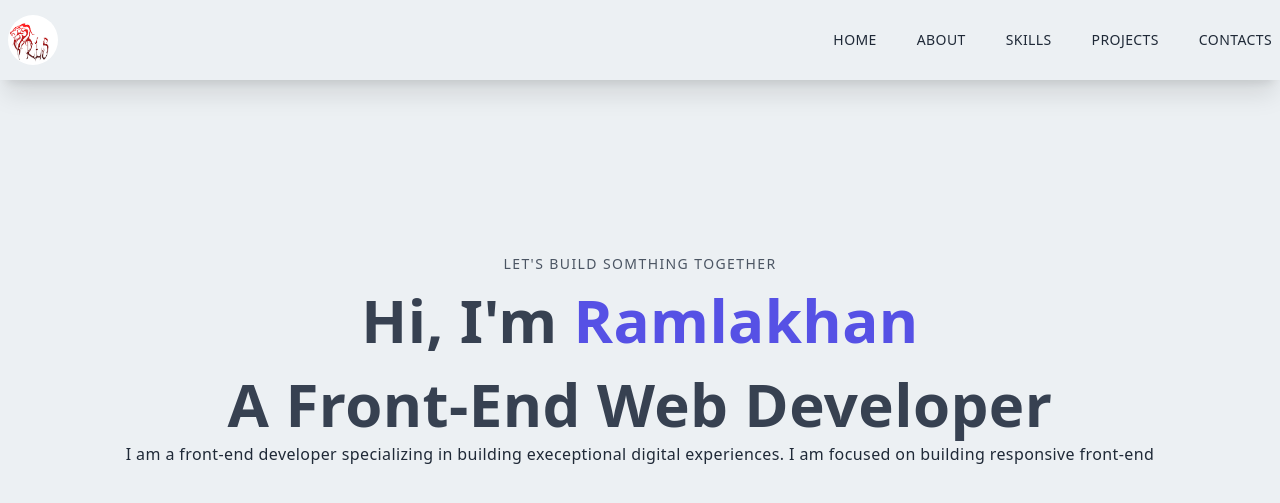
Repository: ram2642/portfolio-using-next-js
Page: /
These files come from the project's save history. The page is drawn as it stood at one moment and after a run of saves; the edit follows.
The browser window is 1280 px wide. The pictures show the whole page.
The project was rebuilt for these pictures with package versions that can differ from the ones it lists, and the page was loaded fresh each time. The framework's server and built-in components were replaced by stand-ins that run in the browser. Also part of the build but not shown: next.config.js.

Above is the page before, as saved 2022-09-04 01:56:08.

After the next 2 saves:
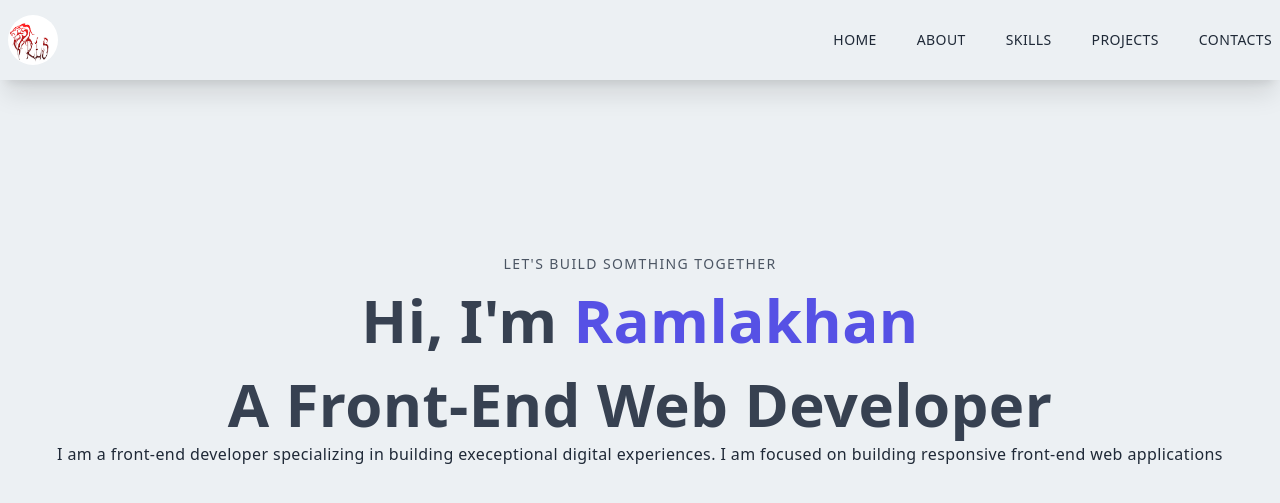
The 2 saves are shown as one change because they came seconds apart.
The last was saved 6 s later.
--- a/components/Main.jsx
+++ b/components/Main.jsx
@@ -13,7 +13,7 @@ const Main = () => {
         A Front-End Web Developer
       </h1>
       <p>
-        I am a front-end developer specializing in building execeptional digital experiences. I am focused on building responsive front-end
+        I am a front-end developer specializing in building execeptional digital experiences. I am focused on building responsive front-end web applications
       </p>
     </div>
 
